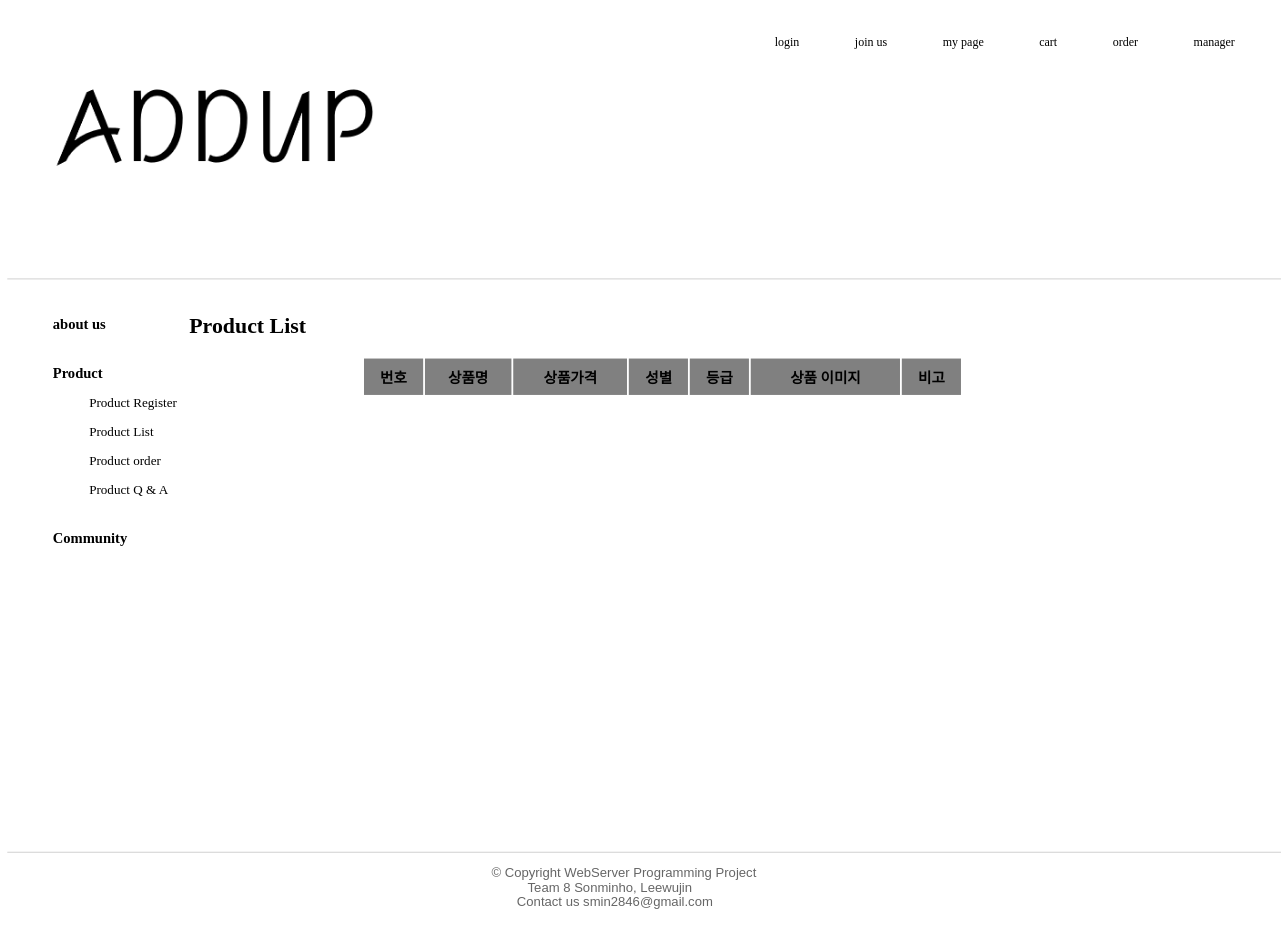
Repository: sonminho/aos
Page: http://localhost/addup_perfume/manager_list.jsp
These files come from the project's save history. The page is drawn as it stood at one moment and after the next save; the edit follows.
The browser window is 1280 px wide. The page is 1408 px wide, so the pictures cover 1408 px, including what lies to the right of the window. The pictures show the whole page, at 91% of full size.
The page is served by Tomcat 9. Other server files are loaded and not shown. Queries for data that is not in the repository find no rows.

Above is the page before, as saved 2017-11-29 12:57:35.

### Webserver/addup_perfume/WebContent/manager_list.jsp
<%@ page language="java" contentType="text/html; charset=EUC-KR"
    pageEncoding="EUC-KR"%>
<%@ page import="dao.ProductDAO, dto.ProductVO, java.util.*" %>
<%@ taglib prefix="c" uri="http://java.sun.com/jsp/jstl/core" %>

<!DOCTYPE html PUBLIC "-//W3C//DTD HTML 4.01 Transitional//EN" "http://www.w3.org/TR/html4/loose.dtd">
<html>
<head>
<meta http-equiv="Content-Type" content="text/html; charset=EUC-KR">
<title>Insert title here</title>
</head><style>
html, body{
	width:100%;
	height:100%;
}
#wrap{
	width:1400px;
	height:100%;
	margin:0px auto;
}
body > #wrap{
	height:auto;
	min-height:100%;
}
#header{
	position:relative;
	padding-bottom:70px;
	border-bottom:1px solid #cccccc;
}
.logo{
	padding: 32px 0 12px 40px;
}
.logo img{
	margin-top:30px;
}
.topnav{
	position:absolute;
	right:30px;
	top:2px;
}
.topnav dd{
	float:left;
	font-size:12px;
	padding-right:11px;
	margin-right:10px;
}
.topnav dd a{
	color:black;
	font-size:1.1em;
	text-decoration:none;
}
.topnav dd a:hover{
	color:gray;
	text-decoration:underline;
}
#mainnav{
	display:block;
	padding-top:30px;
	padding-left:50px;
	float:left;
}
#mainnav dl{
	display:block;
	font:'Nanum Gothic', sans-serif;
	margin-top:10px;
	margin-bottom:36px;
}
#mainnav dt{
	color:black;
	font-weight:bold;
	font-size:16px;
}
#mainnav dt a{
	color:black;
	text-decoration:none;
}
#mainnav dt a:hover{
	color:gray;
	text-decoration:line-through;
}
#mainnav dd{
	display:block;
	margin-top:15px;
}
#mainnav dd a{
	color:black;
	font-size:0.9em;
	text-decoration:none;
}
#mainnav dd a:hover{
	color:gray;
	text-decoration:underline;
}

#container{
	position:relative;
	padding-bottom:400px;
	*zoom: 1;
}
#container:after{
	content:'';
	display:block;
	clear:both;
}
#content{
	width:1000px;
	margin:0px auto;
}
#content table{
	position:relative;
	padding-left:40px;
	width:700px;
	margin:0px auto;
}
#content table tr{
	text-align:center;
	height:40px;
}
#content table td{
	min-width:140px;
}
#content table #column{
	background:gray;
}
#footer{
	position:relative;
	margin-top:-101px;
	background-color:#fff;
}
#footer .footerArea{
	border-top: 1px solid #cccccc;
	padding: 0;
	width: 1400px;
	height: 100px;
	margin: 0 auto;
	color: #666;
	font-size: 0.9em;
	*zoom: 1;
}
#footer .footerArea:after{
	content: '';
	display: block;
	clear: both;
}
#footer .copy{
	margin-left:38%;
	font-family: 'Nanum Gothic', sans-serif;
}
pr{
	background-color:#ffcc00;
	border-bottom:1px dotted #9933aa;
}
</style>
<script type="text/javascript">

</script>
</head>
<body>
<div id="wrap">
	<div id="header">
		<h1 class="logo"><a href="index.jsp"><img src="img/logo.png"/></a></h1>
		<dl class="topnav">
			<dd><a href="login.jsp">login</a></dd>
			<dd><a href="#">join us</a></dd>
			<dd><a href="#">my page</a></dd>
			<dd><a href="#">cart</a></dd>
			<dd><a href="#">order</a></dd>
			<dd><a href="manager_login.jsp">manager</a></dd>
		</dl>
	</div> <!-- header -->

	<div id="container">
		<div id="mainnav">
			<dl class="category_about_us">
				<dt><a href="#">about us</a></dt>
			</dl>
			<dl class="category_shop">
				<dt><a href="#">Product</a></dt>
				<dd><a href="ControllerServlet?command=manager_register">Product Register</a></dd>
				<dd><a href="#">Product List</a></dd>
				<dd><a href="#">Product order</a></dd>
				<dd><a href="#">Product Q & A</a></dd>
			</dl>
			<dl class="community">
				<dt><a href="#">Community</a>
			</dl>

		</div> <!-- mainnav -->
		<div id="content">
		<br>
		<h2>Product List</h2>
			<table width=80% border=0>
				<tr id="column">
					<th>번호</th>
					<th>상품명</th>
					<th>상품가격</th>
					<th>성별</th>
					<th>등급</th>
					<th>상품 이미지</th>
					<th>비고</th>
				</tr>
				<%
					ProductDAO pdao = ProductDAO.getInstance();
					ArrayList<ProductVO> list = pdao.getAllProducts();

					for(ProductVO pVo : list) {
				%>
						<tr>
							<td><%=pVo.getProductNumber()%></td>
							<td><%=pVo.getProductName()%></td>
							<td><%=pVo.getProductPrice()%></td>
							<td><%=pVo.getProductSexCategory() %></td>
							<td><%=pVo.getProductLevelCategory() %></td>
				<%
						String imagPath = request.getContextPath() +"/upload_image/"
						+ pVo.getProductImage();
						System.out.println(imagPath + "이미지 경로다");
				%>
							<td><%=pVo.getProductImage() %></td>
							<td><a href="#">수정</a> | <a href="#">삭제</a></td>
						</tr>
				<%
					}
				%>
			</table>
		</div>
	</div> <!-- container -->
</div> <!-- wrap -->

<div id="footer">
	<div class="footerArea">
		<p class="copy">
			&copy; Copyright WebServer Programming Project <br>
			&nbsp; &nbsp; &nbsp; &nbsp; &nbsp; Team 8 Sonminho, Leewujin <br>
			&nbsp; &nbsp; &nbsp; &nbsp;Contact us smin2846@gmail.com
		</p>
	</div>
</div>
</body>
</html>

### Webserver/addup_perfume/src/dao/ProductDAO.java
package dao;

import java.sql.Connection;
import java.sql.PreparedStatement;
import java.sql.ResultSet;
import java.sql.SQLException;
import java.util.ArrayList;

import javax.naming.Context;
import javax.naming.InitialContext;
import javax.sql.DataSource;

import com.oreilly.servlet.MultipartRequest;

import dto.ProductVO;

public class ProductDAO {
	private static ProductDAO instance = new ProductDAO();

	private ProductDAO() {

	}

	public static ProductDAO getInstance() {
		return instance;
	}

	// 데이터베이스 커넥션풀 연결
	public Connection getConnection() {
		Connection conn = null;
		Context initContext = null;
		Context envContext = null;
		DataSource ds = null;

		try {
			initContext = new InitialContext();
			envContext = (Context) initContext.lookup("java:/comp/env");
			ds = (DataSource) envContext.lookup("jdbc/myoracle");
			conn = ds.getConnection();
		} catch(Exception e) {
			e.printStackTrace();
		}

		return conn;
	}

	public int registerProduct(MultipartRequest multi) throws SQLException {
		Connection conn = null;
		PreparedStatement pstmt = null;
		String sql = "insert into product values(product_seq.nextval, ?, ?, ?, ?, ?, ?)";
		int result = -1;

		try {
			conn = getConnection();
			pstmt = conn.prepareStatement(sql);

			String product_name = multi.getParameter("product_name");
			String product_price = multi.getParameter("product_price");
			String product_content = multi.getParameter("product_content");
			String product_sex_category = multi.getParameter("product_sex_category");
			String product_level_category = multi.getParameter("product_level_category");
			String product_image = multi.getFilesystemName("product_image");

			System.out.println("product_image : " + product_image);

			pstmt.setString(1, product_name);
			pstmt.setString(2, product_price);
			pstmt.setString(3, product_content);
			pstmt.setString(4, product_sex_category);
			pstmt.setString(5, product_level_category);
			pstmt.setString(6, product_image);

			result = pstmt.executeUpdate();

			return result;
		} catch (Exception e) {
			e.printStackTrace();
		} finally {
			if(pstmt != null) pstmt.close();
			if(conn != null) conn.close();
		}

		return result;
	}

	public ArrayList<ProductVO> getAllProducts() throws SQLException {
		Connection conn = null;
		PreparedStatement pstmt = null;
		ResultSet rs = null;

		String sql = "select * from product order by product_number desc";
		ArrayList<ProductVO> list = new ArrayList<ProductVO>();

		try {
			conn = getConnection();
			pstmt = conn.prepareStatement(sql);
			rs = pstmt.executeQuery();

			while(rs.next()){
				ProductVO pVo = new ProductVO();

				pVo.setProductNumber(rs.getInt("product_number"));
				pVo.setProductName(rs.getString("product_name"));
				pVo.setProductPrice(rs.getInt("product_price"));
				pVo.setProductContent(rs.getString("product_content"));
				pVo.setProductSexCategory(rs.getString("product_sex_category"));
				pVo.setProductLevelCategory(rs.getString("product_level_category"));
				pVo.setProductImage(rs.getString("product_image"));

				list.add(pVo);
			}

		} catch(Exception e) {
			e.printStackTrace();
		} finally {
			if(rs != null) rs.close();
			if(pstmt != null) pstmt.close();
			if(conn != null) conn.close();
		}

		return list;
	}

	public ProductVO selectByProductNumber(String product_number) throws SQLException {
		Connection conn = null;
		PreparedStatement pstmt = null;
		ResultSet rs = null;

		ProductVO pVo = null;

		String sql = "select * from product where product_number = ?";

		try {
			conn = getConnection();
			pstmt = conn.prepareStatement(sql);
			pstmt.setString(1, product_number);
			rs = pstmt.executeQuery();

			while(rs.next()) {
				pVo = new ProductVO();

				pVo.setProductNumber(rs.getInt("product_number"));
				pVo.setProductName(rs.getString("product_name"));
				pVo.setProductPrice(rs.getInt("product_price"));
				pVo.setProductContent(rs.getString("product_content"));
				pVo.setProductSexCategory(rs.getString("product_sex_category"));
				pVo.setProductLevelCategory(rs.getString("product_level_category"));
				pVo.setProductImage(rs.getString("product_image"));

			}
		} catch(Exception e) {
			e.printStackTrace();
		} finally {
			if(rs != null) rs.close();
			if(pstmt != null) pstmt.close();
			if(conn != null) conn.close();
		}

		return pVo;
	}

	public void deleteProduct(String product_number) throws SQLException {
		Connection conn = null;
		PreparedStatement pstmt = null;

		String sql = "delete product where product_number = ?";

		try {
			conn = getConnection();

			pstmt = conn.prepareStatement(sql);
			pstmt.setString(1, product_number);
			pstmt.executeQuery();
		} catch(Exception e) {
			e.printStackTrace();
		} finally {
			if(pstmt != null) pstmt.close();
			if(conn != null) conn.close();
		}
	}

	public int updateProduct(MultipartRequest multi) throws SQLException {
		Connection conn = null;
		PreparedStatement pstmt = null;

		int result = -1;

		String sql = "update product set product_name=?, "
				+ "product_price=?, "
				+ "product_content=?, "
				+ "product_sex_category=?, "
				+ "product_level_category=?,"
				+ "product_image=? where product_number=?";

		try {
			conn = getConnection();
			pstmt = conn.prepareStatement(sql);

			String product_name = multi.getParameter("product_name");
			String product_price = multi.getParameter("product_price");
			String product_content = multi.getParameter("product_content");
			String product_sex_category = multi.getParameter("product_sex_category");
			String product_level_category = multi.getParameter("product_level_category");
			String product_image = multi.getFilesystemName("product_image");
			String product_number = multi.getParameter("product_number");

			System.out.println("상품명 : " + product_name);
			System.out.println("상품번호: ");
			pstmt.setString(1, product_name);
			pstmt.setString(2, product_price);
			pstmt.setString(3, product_content);
			pstmt.setString(4, product_sex_category);
			pstmt.setString(5, product_level_category);
			pstmt.setString(6, product_image);
			pstmt.setString(7, product_number);

		    result = pstmt.executeUpdate();
		} catch(Exception e) {
			e.printStackTrace();
		} finally{
			if(pstmt != null) pstmt.close();
			if(conn != null) conn.close();
		}

		return result;
	}

	// 성별 카테고리로 상품 분류
	public ArrayList<ProductVO> getProductsBySexCategory(String category) throws SQLException {
		Connection conn = null;
		PreparedStatement pstmt = null;
		ResultSet rs = null;

		ArrayList<ProductVO> list = null;

		String sql = "select * from product where product_sex_category=?";

		try {
			conn = getConnection();
			pstmt = conn.prepareStatement(sql);
			pstmt.setString(1, category);
			rs = pstmt.executeQuery();

			list = new ArrayList<ProductVO>();

			while(rs.next()) {
				ProductVO pVo = new ProductVO();

				pVo.setProductNumber(rs.getInt("product_number"));
				pVo.setProductName(rs.getString("product_name"));
				pVo.setProductPrice(rs.getInt("product_price"));
				pVo.setProductContent(rs.getString("product_content"));
				pVo.setProductSexCategory(rs.getString("product_sex_category"));
				pVo.setProductLevelCategory(rs.getString("product_level_category"));
				pVo.setProductImage(rs.getString("product_image"));

				list.add(pVo);
			}
		} catch(Exception e) {
			e.printStackTrace();
		} finally {
			if(rs != null) rs.close();
			if(pstmt != null) pstmt.close();
			if(conn != null) conn.close();
		}

		return list;
	}

	public ArrayList<ProductVO> getProductByLevelCategory(String category) throws SQLException {
		Connection conn = null;
		PreparedStatement pstmt = null;
		ResultSet rs = null;

		ArrayList<ProductVO> list = null;

		String sql = "select * from product where product_level_category=?";

		try {
			conn = getConnection();
			pstmt = conn.prepareStatement(sql);
			pstmt.setString(1, category);
			rs = pstmt.executeQuery();

			list = new ArrayList<ProductVO>();

			while(rs.next()) {
				ProductVO pVo = new ProductVO();

				pVo.setProductNumber(rs.getInt("product_number"));
				pVo.setProductName(rs.getString("product_name"));
				pVo.setProductPrice(rs.getInt("product_price"));
				pVo.setProductContent(rs.getString("product_content"));
				pVo.setProductSexCategory(rs.getString("product_sex_category"));
				pVo.setProductLevelCategory(rs.getString("product_level_category"));
				pVo.setProductImage(rs.getString("product_image"));

				list.add(pVo);
			}

		} catch(Exception e) {
			e.printStackTrace();
		} finally {
			if(rs != null) rs.close();
			if(pstmt != null) pstmt.close();
			if(conn != null) conn.close();
		}

		return list;
	}

	public ProductVO getProductByNumber(int product_number) throws SQLException {
		Connection conn = null;
		PreparedStatement pstmt = null;
		ResultSet rs = null;

		String sql = "select * from product where product_number=?";
		ProductVO pVo = null;

		try {
			conn = getConnection();
			pstmt = conn.prepareStatement(sql);
			pstmt.setInt(1, product_number);
			rs = pstmt.executeQuery();

			while(rs.next()) {
				pVo = new ProductVO();

				pVo.setProductNumber(rs.getInt("product_number"));
				pVo.setProductName(rs.getString("product_name"));
				pVo.setProductPrice(rs.getInt("product_price"));
				pVo.setProductContent(rs.getString("product_content"));
				pVo.setProductSexCategory(rs.getString("product_sex_category"));
				pVo.setProductLevelCategory(rs.getString("product_level_category"));
				pVo.setProductImage(rs.getString("product_image"));
			}

		} catch(Exception e) {
			e.printStackTrace();
		} finally {
			if(rs != null) rs.close();
			if(pstmt != null) pstmt.close();
			if(conn != null) conn.close();
		}

		return pVo;
	}
}

After the next save:
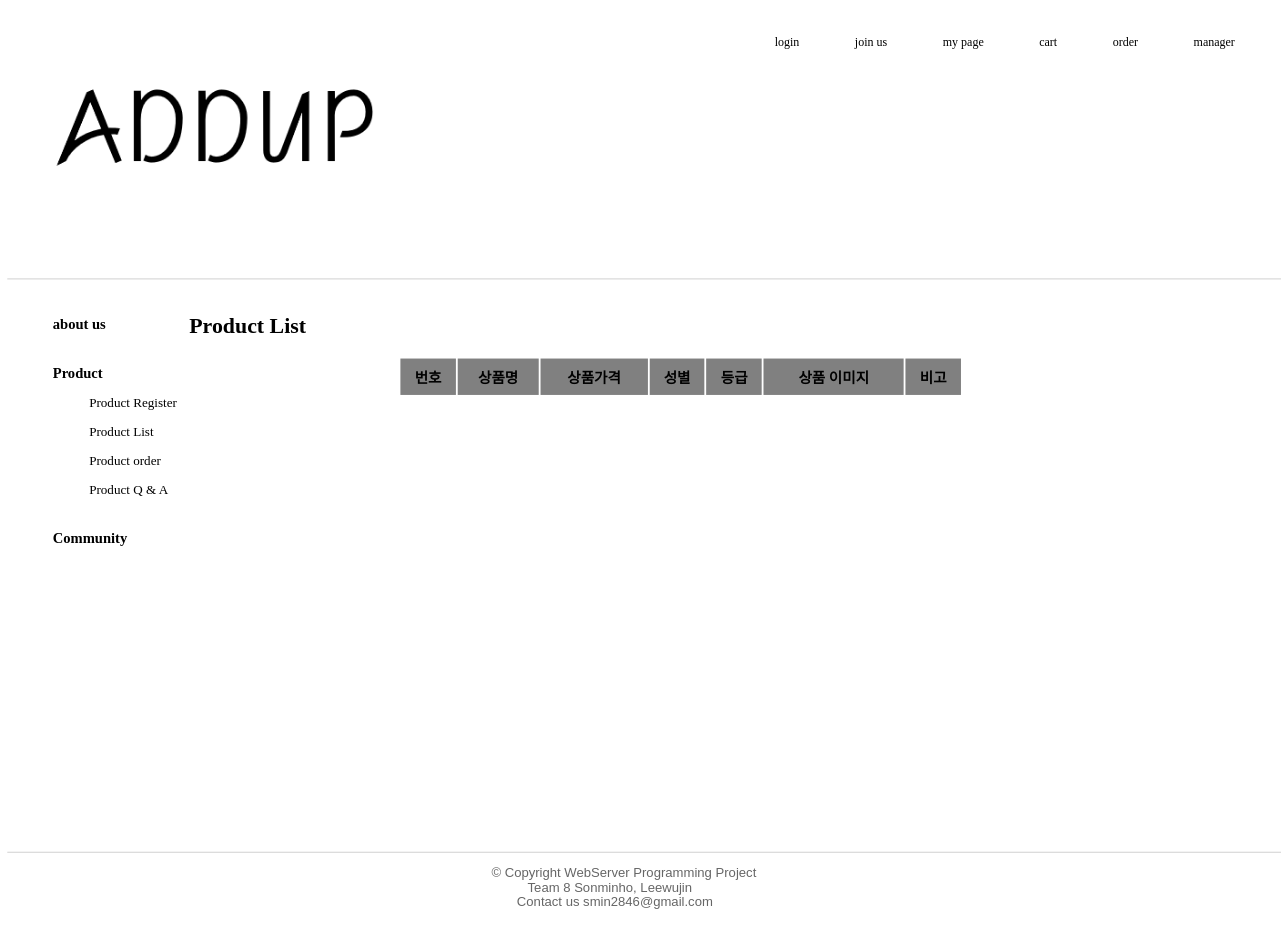
Saved 13 s later.
--- a/Webserver/addup_perfume/WebContent/manager_list.jsp
+++ b/Webserver/addup_perfume/WebContent/manager_list.jsp
@@ -108,7 +108,7 @@
 }
 #content table{
 	position:relative;
-	padding-left:40px;
+	padding-left:80px;
 	width:700px;
 	margin:0px auto;
 }
